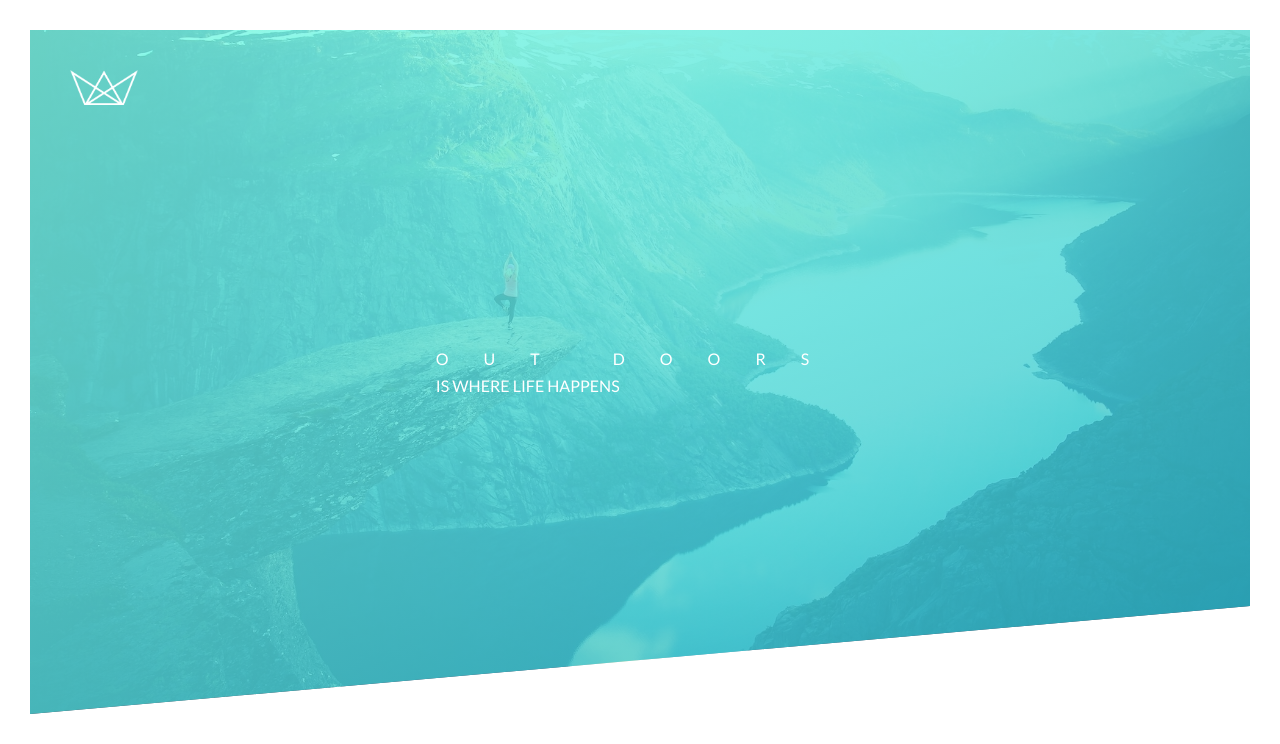
Repository: haokiet2501/natours-page
Page: index.html
An editor plug-in stored every save of this project. The page is shown before and after the next save, followed by the edit.
The browser window is 1280 px wide. The pictures show the whole page.

Above is the page before, as saved 2022-07-31 17:10:09.

After the next save:
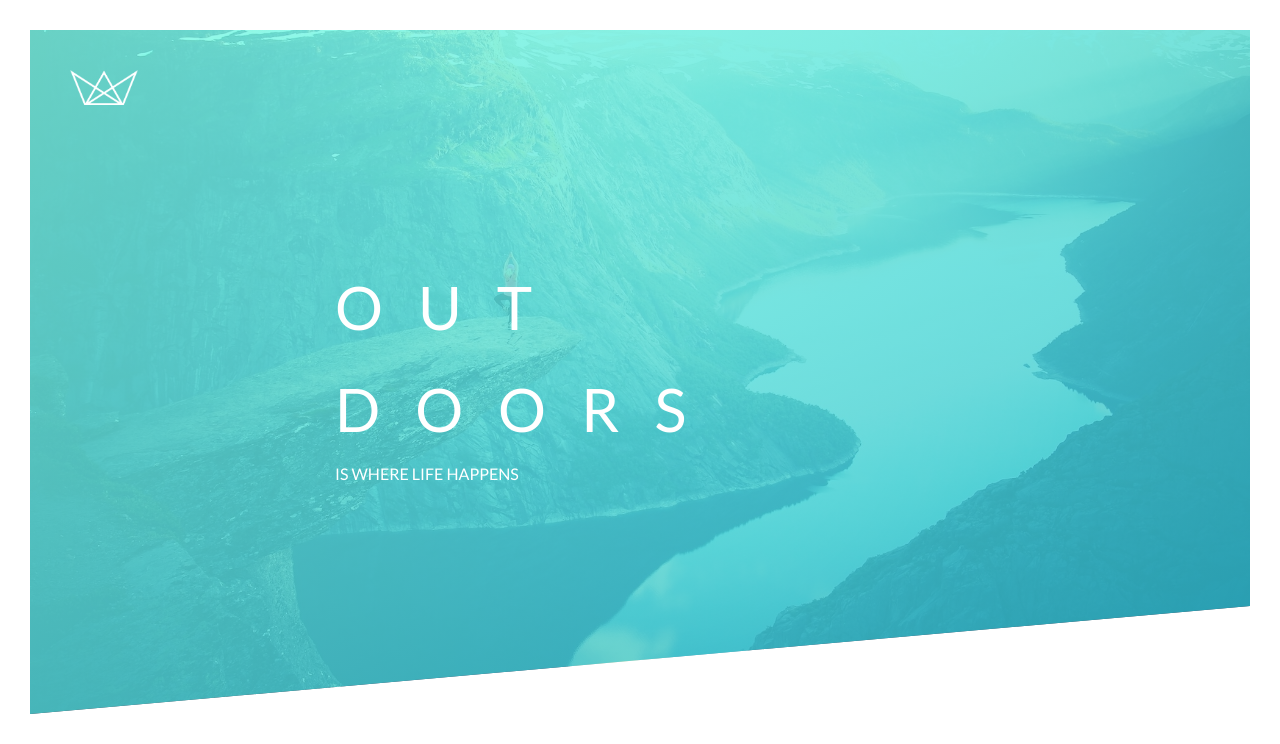
Saved 23 s later.
--- a/styles.css
+++ b/styles.css
@@ -61,7 +61,7 @@ html {
 }
 
 .heading-subtitle {
-    font-size: 16px;
+    font-size: 60px;
     font-weight: 400;
     letter-spacing: 35px;
 }
